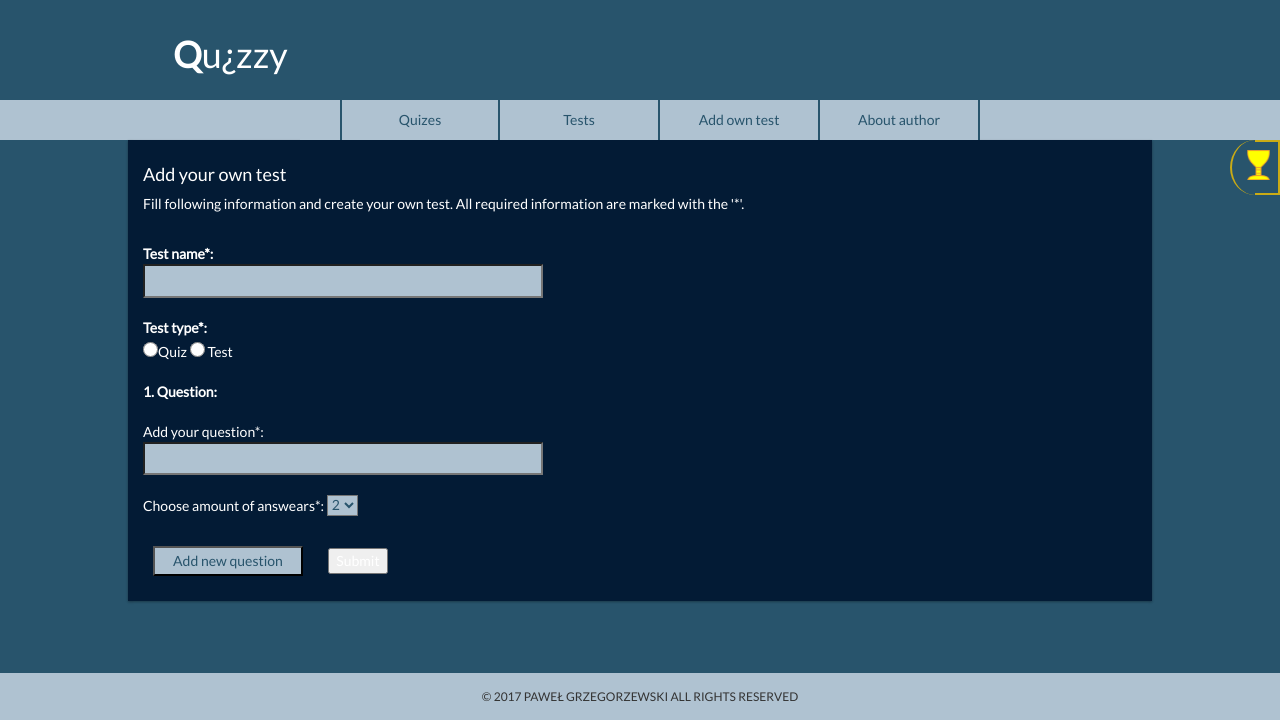
Repository: pgrzegorzewski/quiz
Page: http://localhost/app/add_test.php
The author's editor kept a copy of each file at every save. The page is drawn from the files as they stood at one save, then again after the next save.
The browser window is 1280 px wide. The pictures show the whole page.
Some web libraries are served in a nearby version. The page is run by PHP 8.4 with error messages shown; the project is at /var/www/html/.

Above is the page before, as saved 2017-09-17 21:01:20.

After the next save:
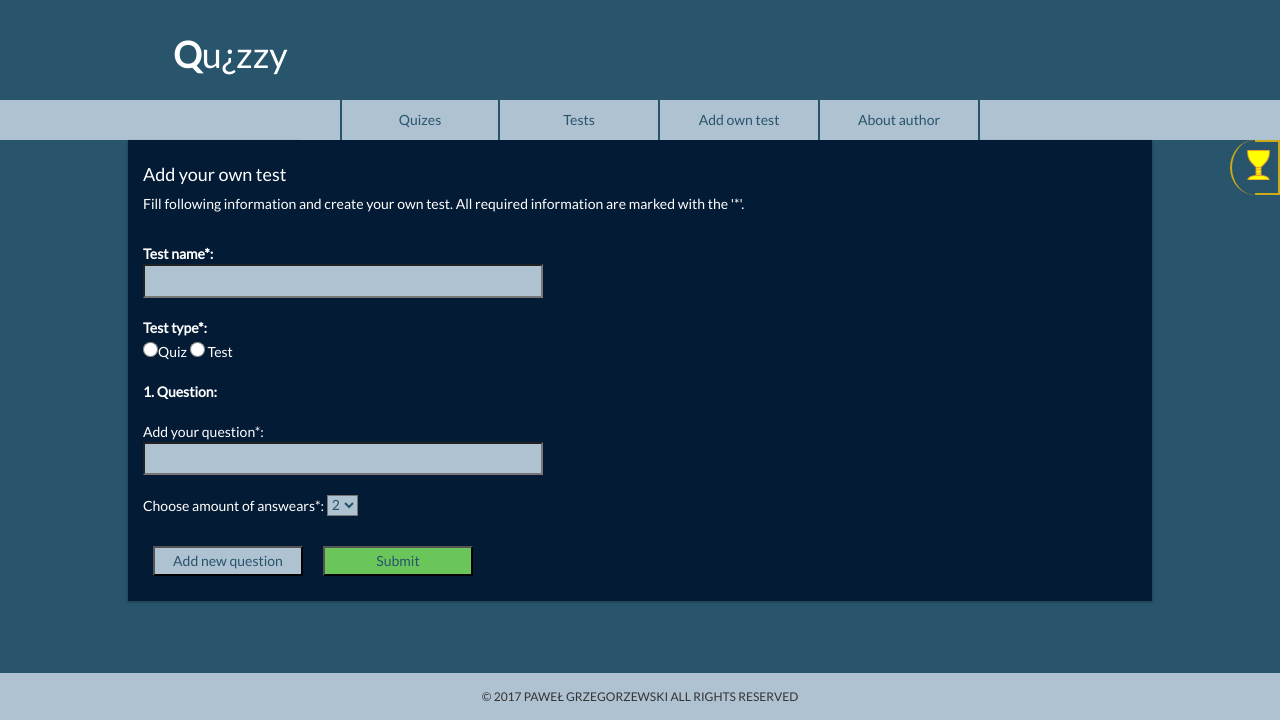
Saved 2 min 18 s later.
--- a/htdocs/app/learningapp/css/add_test.css
+++ b/htdocs/app/learningapp/css/add_test.css
@@ -42,3 +42,12 @@ select
 	width:187px;
 	text-align:center;
 }
+
+#testSubmit
+{
+	width:150px;
+	height:30px;
+	color:#28546C;
+	background-color:#6ac65b;
+
+}
